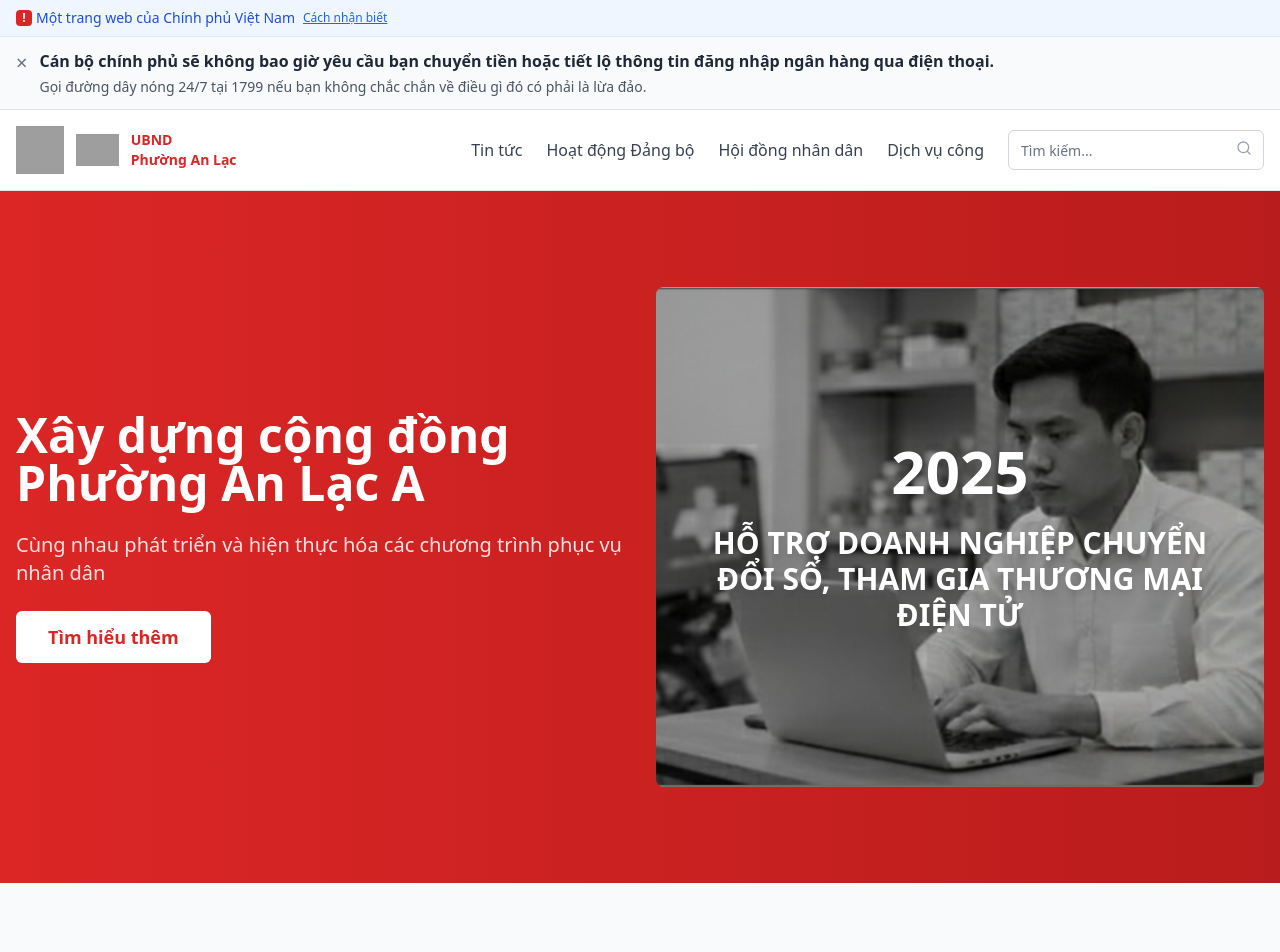
Repository: thomasvuong/WebsitePhuongAnLac
Page: /
An editor plug-in stored every save of this project. The page is shown before and after the next save, followed by the edit.
The browser window is 1280 px wide. The pictures show the part of the page from y = 0 to 952 px (the page is 2654 px tall).
Pictures or frames that could not be fetched are drawn as grey boxes. The project was rebuilt for these pictures with package versions that can differ from the ones it lists, and the page was loaded fresh each time. The framework's server and built-in components were replaced by stand-ins that run in the browser. Also part of the build but not shown: next.config.js.

Above is the page before, as saved 2025-09-10 11:42:53.

### src/app/layout.tsx
import type { Metadata } from "next";
import { Geist, Geist_Mono } from "next/font/google";
import "./globals.css";
import ClientBody from "./ClientBody";
import Script from "next/script";

const geistSans = Geist({
  variable: "--font-geist-sans",
  subsets: ["latin"],
});

const geistMono = Geist_Mono({
  variable: "--font-geist-mono",
  subsets: ["latin"],
});

export const metadata: Metadata = {
  title: "Create Next App",
  description: "Generated by create next app",
  icons: {
    icon: "https://datafiles.chinhphu.vn/cpp/1/Logo/quoc-huy.png",
    shortcut: "https://datafiles.chinhphu.vn/cpp/1/Logo/quoc-huy.png",
    apple: "https://datafiles.chinhphu.vn/cpp/1/Logo/quoc-huy.png",
  },
};

export default function RootLayout({
  children,
}: Readonly<{
  children: React.ReactNode;
}>) {
  return (
    <html lang="en" className={`${geistSans.variable} ${geistMono.variable}`}>
      <head>
        <Script
          crossOrigin="anonymous"
          src="//unpkg.com/same-runtime/dist/index.global.js"
        />
        <link
          rel="icon"
          href="https://datafiles.chinhphu.vn/cpp/1/Logo/quoc-huy.png"
        />
      </head>
      <body suppressHydrationWarning className="antialiased">
        <ClientBody>{children}</ClientBody>
      </body>
    </html>
  );
}

### src/app/page.tsx
import Header from '@/components/Header'
import Hero from '@/components/Hero'
import Features from '@/components/Features'
import Explainers from '@/components/Explainers'
import Footer from '@/components/Footer'

export default function Home() {
  return (
    <div className="min-h-screen bg-white">
      <Header />
      <main>
        <Hero />
        <Features />
        <Explainers />
      </main>
      <Footer />
    </div>
  )
}

### src/components/Header.tsx
import { Search } from 'lucide-react'
import { Button } from '@/components/ui/button'
import { Input } from '@/components/ui/input'

export default function Header() {
  return (
    <>
      {/* Top banner */}
      <div className="bg-blue-50 border-b border-blue-100 px-4 py-2">
        <div className="max-w-7xl mx-auto">
          <div className="flex items-center gap-2 text-sm text-blue-700">
            <div className="flex items-center gap-1">
              <div className="w-4 h-4 bg-red-600 rounded-sm flex items-center justify-center">
                <span className="text-white text-xs font-bold">!</span>
              </div>
              <span className="font-medium">Một trang web của Chính phủ Việt Nam</span>
            </div>
            <button className="text-blue-600 hover:text-blue-800 underline text-xs">
              Cách nhận biết
            </button>
          </div>
        </div>
      </div>

      {/* Security notice */}
      <div className="bg-gray-50 border-b px-4 py-3">
        <div className="max-w-7xl mx-auto">
          <div className="flex items-start gap-3">
            <button className="text-gray-500 hover:text-gray-700 text-xl">&times;</button>
            <div className="flex-1">
              <h3 className="font-semibold text-gray-800 mb-1">
                Cán bộ chính phủ sẽ không bao giờ yêu cầu bạn chuyển tiền hoặc tiết lộ thông tin đăng nhập ngân hàng qua điện thoại.
              </h3>
              <p className="text-gray-600 text-sm">
                Gọi đường dây nóng 24/7 tại 1799 nếu bạn không chắc chắn về điều gì đó có phải là lừa đảo.
              </p>
            </div>
          </div>
        </div>
      </div>

      {/* Main header */}
      <header className="bg-white border-b shadow-sm px-4 py-4">
        <div className="max-w-7xl mx-auto">
          <div className="flex items-center justify-between">
            {/* Logo and title */}
            <div className="flex items-center gap-4">
              <div className="flex items-center gap-3">
                <img
                  src="https://ext.same-assets.com/4131792006/439561661.png"
                  alt="Coat of Arms of Vietnam"
                  className="w-12 h-12"
                />
                <img
                  src="https://datafiles.chinhphu.vn/cpp/1/Logo/quoc-huy.png"
                  alt="phuong.gov.vn logo"
                  className="h-8 w-auto"
                />
                <div className="text-left">
                  <div className="text-sm font-bold text-red-600">UBND</div>
                  <div className="text-sm font-bold text-red-600">Phường An Lạc</div>
                </div>
              </div>
            </div>

            {/* Navigation */}
            <nav className="hidden md:flex items-center gap-6">
              <a href="#" className="text-gray-700 hover:text-red-600 font-medium">Tin tức</a>
              <a href="#" className="text-gray-700 hover:text-red-600 font-medium">Hoạt động Đảng bộ</a>
              <a href="#" className="text-gray-700 hover:text-red-600 font-medium">Hội đồng nhân dân</a>
              <a href="#" className="text-gray-700 hover:text-red-600 font-medium">Dịch vụ công</a>
              <div className="relative">
                <Input
                  type="search"
                  placeholder="Tìm kiếm..."
                  className="w-64 pr-10"
                />
                <Search className="absolute right-3 top-2.5 h-4 w-4 text-gray-400" />
              </div>
            </nav>
          </div>
        </div>
      </header>
    </>
  )
}

### src/components/Hero.tsx
import { Button } from '@/components/ui/button'

export default function Hero() {
  return (
    <section className="relative bg-gradient-to-r from-red-600 to-red-700 text-white">
      <div className="max-w-7xl mx-auto px-4 py-16 lg:py-24">
        <div className="grid lg:grid-cols-2 gap-8 items-center">
          {/* Left content */}
          <div className="space-y-6">
            <h1 className="text-4xl lg:text-5xl font-bold leading-tight">
              Xây dựng cộng đồng
              <br />
              Phường An Lạc A
            </h1>
            <p className="text-xl text-red-100">
              Cùng nhau phát triển và hiện thực hóa các chương trình phục vụ nhân dân
            </p>
            <Button
              size="lg"
              className="bg-white text-red-600 hover:bg-gray-100 font-semibold px-8 py-3"
            >
              Tìm hiểu thêm
            </Button>
          </div>

          {/* Right content - Campaign visual */}
          <div className="relative h-96 lg:h-[500px]">
            {/* Background image covering the whole right side */}
            <img
              src="/heroRight.png"
              alt="Hero Right Image"
              className="absolute inset-0 w-full h-full object-cover rounded-lg"
            />
            {/* Overlay for better text readability */}
            <div className="absolute inset-0 bg-black/30 rounded-lg"></div>

            {/* Text content overlapping on top */}
            <div className="relative z-10 h-full flex flex-col justify-center items-center text-center space-y-6 p-8">
              <div className="text-6xl font-bold text-white drop-shadow-lg">
                2025
              </div>
              <h2 className="text-2xl lg:text-3xl font-semibold text-white drop-shadow-lg leading-tight">
                HỖ TRỢ DOANH NGHIỆP CHUYỂN ĐỔI SỐ, THAM GIA THƯƠNG MẠI ĐIỆN TỬ
              </h2>
            </div>
          </div>
        </div>
      </div>

    </section>
  )
}

### src/components/Explainers.tsx
import { Button } from '@/components/ui/button'

export default function Explainers() {
  return (
    <section className="py-16 bg-white">
      <div className="max-w-7xl mx-auto px-4">
        <div className="grid lg:grid-cols-2 gap-12 items-center">
          {/* Left content */}
          <div className="space-y-6">
            <div className="inline-block bg-red-100 text-red-600 px-3 py-1 rounded-full text-sm font-medium">
              Thông báo quan trọng
            </div>

            <h2 className="text-3xl lg:text-4xl font-bold text-gray-900 leading-tight">
              Đại hội Đảng bộ Thành phố Hồ Chí Minh lần thứ I
            </h2>

            <p className="text-lg text-gray-600 leading-relaxed">
              Thành ủy TPHCM vừa ban hành quyết định phân bổ đại biểu các Đảng bộ
              phường, xã, đặc khu và Đảng bộ cấp trên trực tiếp cơ sở dự Đại hội
              đại biểu Đảng bộ TP HCM lần thứ I, nhiệm kỳ 2025 - 2030.
            </p>

            <Button
              size="lg"
              className="bg-red-600 hover:bg-red-700 text-white px-8"
            >
              Đọc thông báo đầy đủ
            </Button>
          </div>

          {/* Right content - Image/Visual */}
          <div className="relative">
            <div className="relative overflow-hidden rounded-2xl shadow-2xl">
              <img
                src="/ExplainerPhoto.png"
                alt="Đại hội Đảng bộ"
                className="w-full h-96 object-cover"
              />
              <div className="absolute inset-0 bg-gradient-to-t from-black/30 to-transparent" />

              {/* Overlay content */}
              <div className="absolute bottom-6 left-6 right-6 text-white">
                <div className="bg-red-600 inline-block px-3 py-1 rounded-full text-sm font-medium mb-3">
                  Tin nổi bật
                </div>
                <h3 className="text-xl font-semibold mb-2">
                  Kết quả Đại hội và triển khai nghị quyết
                </h3>
                <p className="text-white/90 text-sm">
                  Thông tin chi tiết về các quyết định và định hướng phát triển mới
                </p>
              </div>
            </div>

            {/* Decorative elements */}
            <div className="absolute -top-4 -right-4 w-24 h-24 bg-red-100 rounded-full opacity-60"></div>
            <div className="absolute -bottom-4 -left-4 w-16 h-16 bg-blue-100 rounded-full opacity-60"></div>
          </div>
        </div>

        {/* Additional announcements */}
        <div className="mt-16 grid md:grid-cols-2 gap-8">
          <div className="border border-gray-200 rounded-lg p-6 hover:shadow-md transition-shadow">
            <div className="text-sm text-red-600 font-medium mb-2">Hoạt động cộng đồng</div>
            <h3 className="text-lg font-semibold mb-3">Đoàn phường với hoạt động "Nhà vui ngày Tết"</h3>
            <p className="text-gray-600 text-sm">
              Chương trình tổ chức các hoạt động vui xuân, đón Tết cho các gia đình khó khăn và trẻ em.
            </p>
          </div>

          <div className="border border-gray-200 rounded-lg p-6 hover:shadow-md transition-shadow">
            <div className="text-sm text-blue-600 font-medium mb-2">Dịch vụ công</div>
            <h3 className="text-lg font-semibold mb-3">Hướng dẫn tiếp cận dịch vụ công trực tuyến</h3>
            <p className="text-gray-600 text-sm">
              Cách thức đăng ký và sử dụng các dịch vụ hành chính công trên nền tảng số.
            </p>
          </div>
        </div>
      </div>
    </section>
  )
}

### src/components/Footer.tsx
import { MapPin, Phone, Mail, Globe } from 'lucide-react'

export default function Footer() {
  return (
    <footer className="bg-gray-900 text-white">
      <div className="max-w-7xl mx-auto px-4 py-12">
        <div className="grid md:grid-cols-2 lg:grid-cols-4 gap-8">
          {/* About section */}
          <div>
            <h3 className="text-lg font-semibold mb-4">phuong.gov.vn</h3>
            <ul className="space-y-2 text-gray-300">
              <li><a href="#" className="hover:text-white transition-colors">Tin tức</a></li>
              <li><a href="#" className="hover:text-white transition-colors">Hoạt động Đảng bộ</a></li>
              <li><a href="#" className="hover:text-white transition-colors">Hội đồng nhân dân</a></li>
              <li><a href="#" className="hover:text-white transition-colors">Ủy ban nhân dân</a></li>
              <li><a href="#" className="hover:text-white transition-colors">Dịch vụ công</a></li>
            </ul>
          </div>

          {/* Contact info */}
          <div>
            <h3 className="text-lg font-semibold mb-4">Thông tin liên hệ</h3>
            <div className="space-y-3 text-gray-300">
              <div className="flex items-start gap-3">
                <MapPin className="w-5 h-5 mt-0.5 text-red-400" />
                <div>
                  <p className="text-sm">Địa chỉ:</p>
                  <p className="text-sm">01 Đường số 7B, P. An Lạc A, Q. Bình Tân</p>
                </div>
              </div>

              <div className="flex items-center gap-3">
                <Phone className="w-5 h-5 text-red-400" />
                <div>
                  <p className="text-sm">Điện thoại: (028) 36.670.174</p>
                </div>
              </div>

              <div className="flex items-center gap-3">
                <Mail className="w-5 h-5 text-red-400" />
                <div>
                  <p className="text-sm">Email: anlaca.binhtan@tphcm.gov.vn</p>
                </div>
              </div>
            </div>
          </div>

          {/* Working hours */}
          <div>
            <h3 className="text-lg font-semibold mb-4">Thời gian làm việc</h3>
            <div className="space-y-2 text-gray-300 text-sm">
              <div>
                <p className="font-medium">Thứ 2 đến thứ 6:</p>
                <p>7:30 - 11:30</p>
                <p>13:00 - 17:00</p>
              </div>
              <div className="mt-3">
                <p className="font-medium">Thứ 7:</p>
                <p>7:30 - 11:30</p>
              </div>
            </div>
          </div>

          {/* Links */}
          <div>
            <h3 className="text-lg font-semibold mb-4">Liên kết website</h3>
            <ul className="space-y-2 text-gray-300 text-sm">
              <li><a href="#" className="hover:text-white transition-colors flex items-center gap-2">
                <Globe className="w-4 h-4" />
                Đảng Cộng sản Việt Nam
              </a></li>
              <li><a href="#" className="hover:text-white transition-colors flex items-center gap-2">
                <Globe className="w-4 h-4" />
                Cổng thông tin điện tử Quốc hội
              </a></li>
              <li><a href="#" className="hover:text-white transition-colors flex items-center gap-2">
                <Globe className="w-4 h-4" />
                Cổng thông tin điện tử Chính phủ
              </a></li>
              <li><a href="#" className="hover:text-white transition-colors flex items-center gap-2">
                <Globe className="w-4 h-4" />
                Trang thông tin điện tử TP. Hồ Chí Minh
              </a></li>
              <li><a href="#" className="hover:text-white transition-colors flex items-center gap-2">
                <Globe className="w-4 h-4" />
                Ban Tuyên giáo Quận ủy Bình Tân
              </a></li>
            </ul>
          </div>
        </div>

        {/* Bottom section */}
        <div className="border-t border-gray-700 mt-8 pt-8">
          <div className="flex flex-col md:flex-row justify-between items-center gap-4">
            <div className="text-gray-400 text-sm">
              © 2025 UBND Phường An Lạc A, cập nhật lần cuối 9 tháng 9 2025
            </div>

            <div className="flex gap-6 text-sm text-gray-400">
              <a href="#" className="hover:text-white transition-colors">Báo cáo lỗ hổng bảo mật</a>
              <a href="#" className="hover:text-white transition-colors">Chính sách bảo mật</a>
              <a href="#" className="hover:text-white transition-colors">Điều khoản sử dụng</a>
            </div>
          </div>

          <div className="flex justify-center mt-6">
            <div className="flex items-center gap-4 text-gray-400 text-sm">
              <span>Được xây dựng bởi</span>
              <div className="flex items-center gap-2">
                <img
                  src="/AIDIGI_LOGO.png"
                  alt="AIDIGI Logo"
                  className="w-8 h-8"
                />
                <span>Chính phủ điện tử Việt Nam</span>
              </div>
            </div>
          </div>
        </div>
      </div>
    </footer>
  )
}

### src/components/ui/input.tsx
import * as React from "react"
import { cn } from "@/lib/utils"

const Input = React.forwardRef<HTMLInputElement, React.InputHTMLAttributes<HTMLInputElement>>(
  ({ className, type, ...props }, ref) => {
    return (
      <input
        type={type}
        className={cn(
          "flex h-10 w-full rounded-md border border-gray-300 bg-white px-3 py-2 text-sm placeholder:text-gray-500 focus:outline-none focus:ring-2 focus:ring-blue-500 focus:border-blue-500 disabled:cursor-not-allowed disabled:opacity-50",
          className
        )}
        ref={ref}
        {...props}
      />
    )
  }
)
Input.displayName = "Input"

export { Input }

### src/components/ui/button.tsx
import * as React from "react"
import { cn } from "@/lib/utils"

interface ButtonProps extends React.ButtonHTMLAttributes<HTMLButtonElement> {
  size?: 'sm' | 'lg' | 'default'
  variant?: 'default' | 'outline' | 'ghost'
}

const Button = React.forwardRef<HTMLButtonElement, ButtonProps>(
  ({ className, size = 'default', variant = 'default', ...props }, ref) => {
    const sizeClasses = {
      sm: 'px-3 py-1.5 text-sm',
      default: 'px-4 py-2',
      lg: 'px-6 py-3 text-lg'
    }

    const variantClasses = {
      default: 'bg-blue-600 text-white hover:bg-blue-700',
      outline: 'border border-gray-300 text-gray-700 hover:bg-gray-50',
      ghost: 'text-gray-700 hover:bg-gray-100'
    }

    return (
      <button
        className={cn(
          "inline-flex items-center justify-center rounded-md font-medium transition-colors focus:outline-none focus:ring-2 focus:ring-blue-500 focus:ring-offset-2",
          sizeClasses[size],
          variantClasses[variant],
          className
        )}
        ref={ref}
        {...props}
      />
    )
  }
)
Button.displayName = "Button"

export { Button }

Loaded but not shown: src/app/globals.css (common file); src/app/ClientBody.tsx (common file); src/lib/utils.ts (common file); tailwind.config.ts (common file); src/components/Features.tsx (143 lines, source omitted)

After the next save:
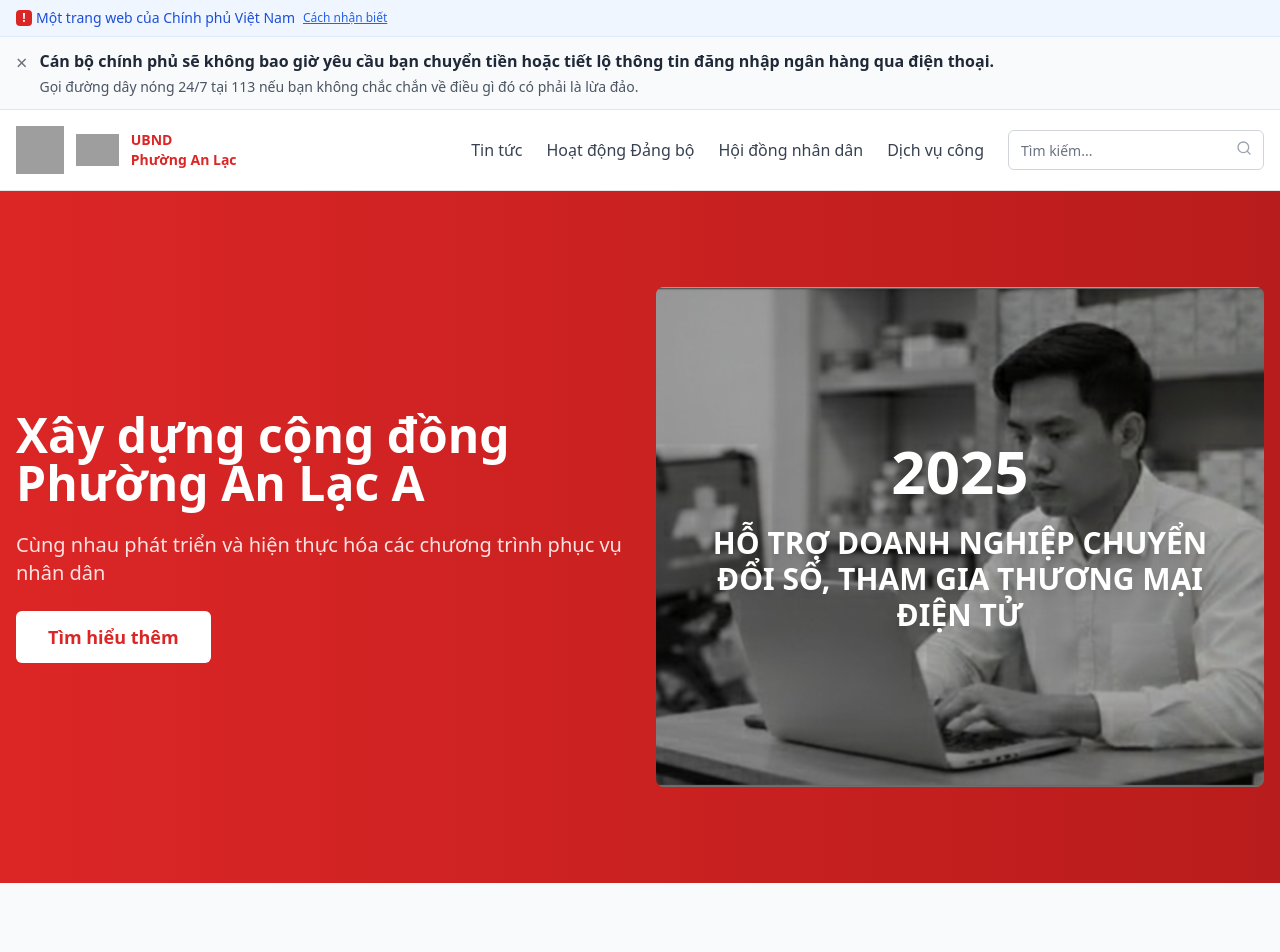
Saved 8 min 53 s later.
--- a/src/components/Header.tsx
+++ b/src/components/Header.tsx
@@ -32,7 +32,7 @@ export default function Header() {
                 Cán bộ chính phủ sẽ không bao giờ yêu cầu bạn chuyển tiền hoặc tiết lộ thông tin đăng nhập ngân hàng qua điện thoại.
               </h3>
               <p className="text-gray-600 text-sm">
-                Gọi đường dây nóng 24/7 tại 1799 nếu bạn không chắc chắn về điều gì đó có phải là lừa đảo.
+                Gọi đường dây nóng 24/7 tại 113 nếu bạn không chắc chắn về điều gì đó có phải là lừa đảo.
               </p>
             </div>
           </div>
